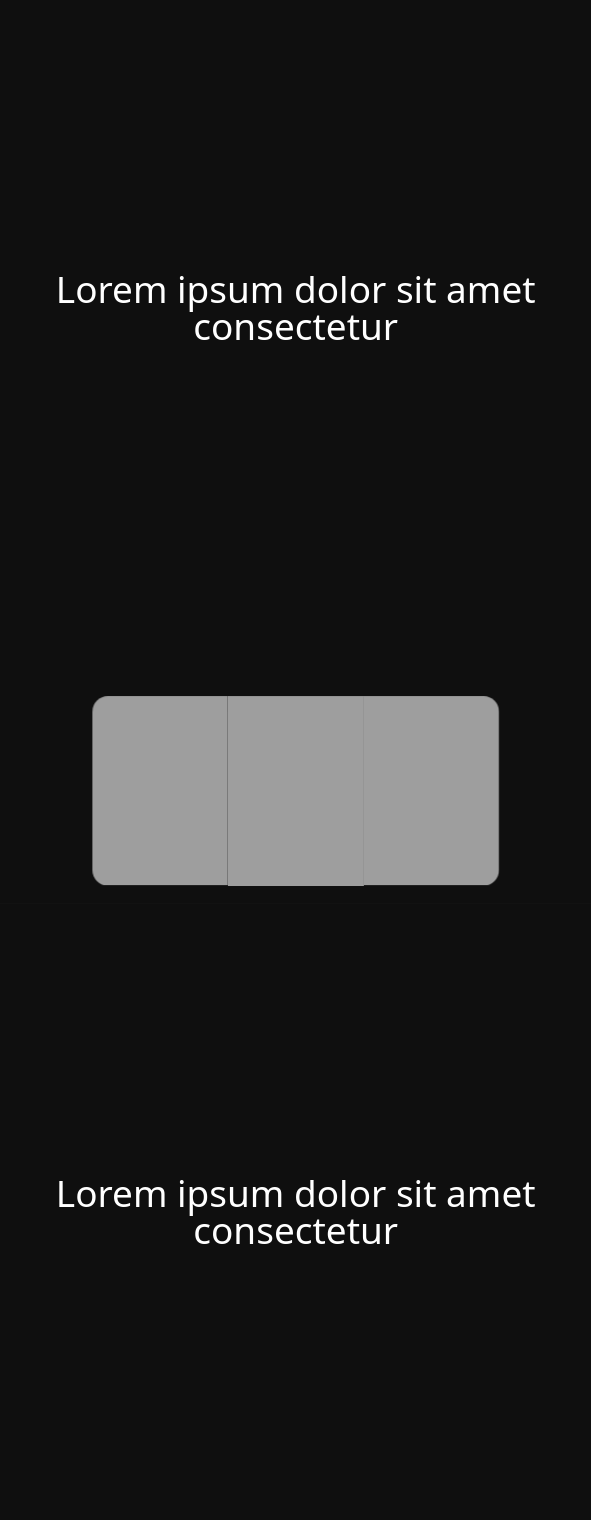
Repository: Ajeyinka/Split-card
Page: index.html
These files come from the project's save history. The page is drawn as it stood at one moment and after the next save; the edit follows.
The browser window is 768 px wide. The pictures show the whole page, at 77% of full size.
Pictures or frames that could not be fetched are drawn as grey boxes.

Above is the page before, as saved 2026-02-12 21:40:22.

After the next save:
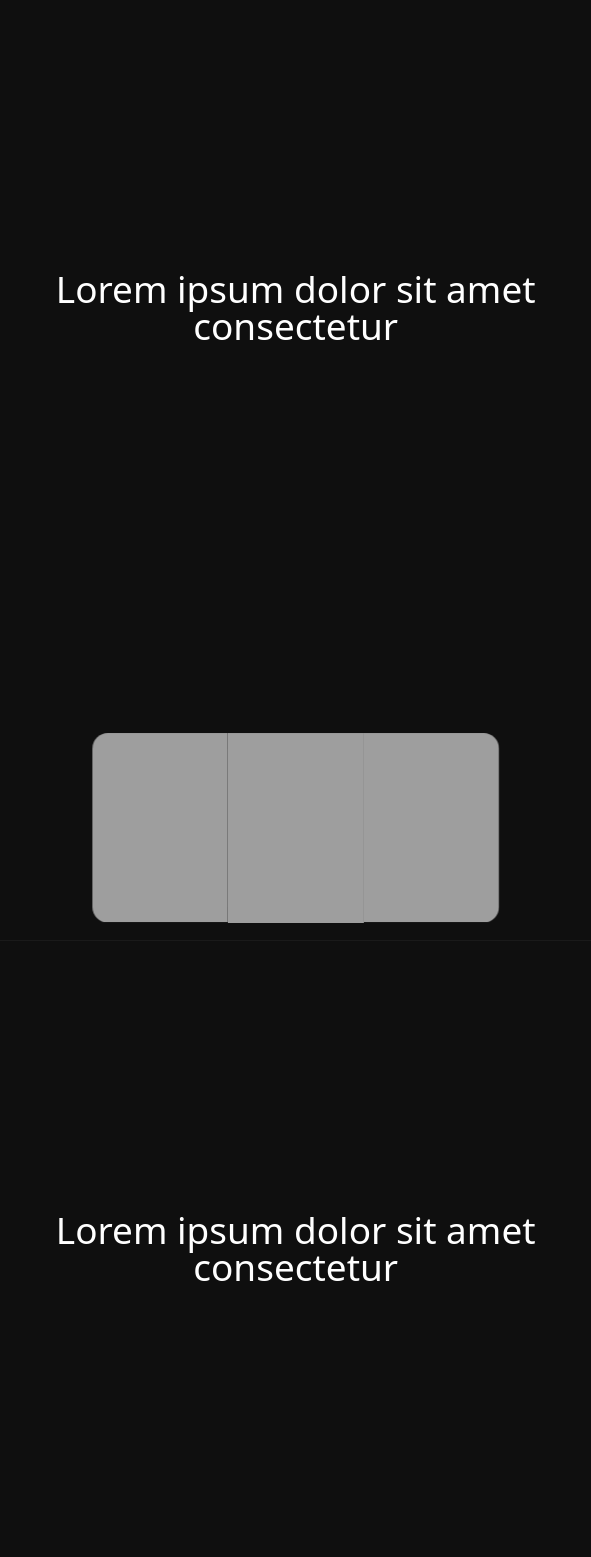
Saved 38 s later.
--- a/styles.css
+++ b/styles.css
@@ -148,4 +148,8 @@ section {
     padding: 4rem 2rem;
     flex-direction: column;
   }
+  .sticky-header {
+    position: relative;
+    top: 0;
+  }
 }
